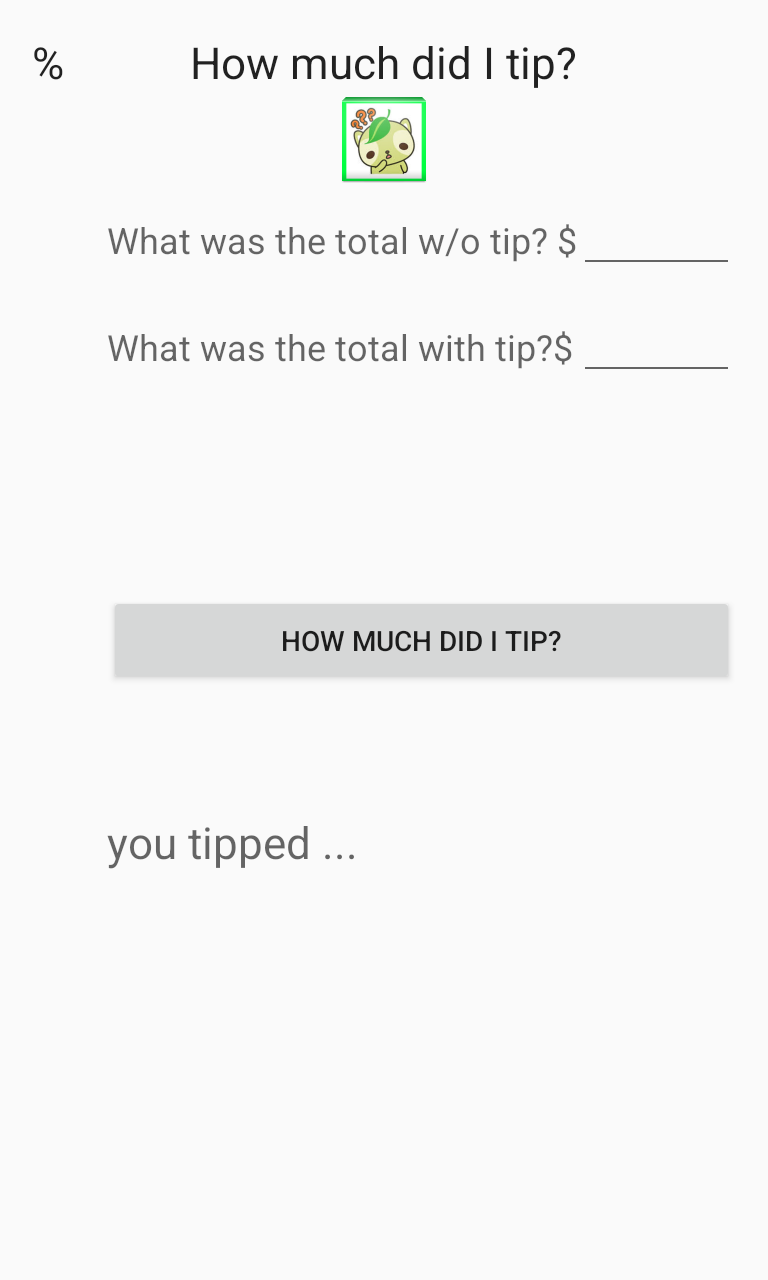
Repository: any027/BillHelper
Layout: BillHelper/res/layout/did_i_tip.xml
An editor plug-in stored every save of this project. The layout is shown before and after the next save, followed by the edit.
It is drawn on a 768 x 1280 px phone screen (xhdpi) without system bars, with theme AppTheme; the app's code is not run.

Above is the layout before, as saved 2015-06-29 18:51:21.

### BillHelper/res/layout/did_i_tip.xml
<RelativeLayout xmlns:android="http://schemas.android.com/apk/res/android"
    xmlns:tools="http://schemas.android.com/tools"
    android:layout_width="match_parent"
    android:layout_height="match_parent"
    android:paddingBottom="@dimen/activity_vertical_margin"
    android:paddingLeft="@dimen/activity_horizontal_margin"
    android:paddingRight="@dimen/activity_horizontal_margin"
    android:paddingTop="@dimen/activity_vertical_margin"
    tools:context="com.example.billhelper.MainActivity$PlaceholderFragment" >

    <TextView
        android:id="@+id/section_label"
        android:layout_width="wrap_content"
        android:layout_height="wrap_content" />

    <TextView
        android:id="@+id/didTitle"
        android:layout_width="wrap_content"
        android:layout_height="wrap_content"
        android:layout_centerHorizontal="true"
        android:text="@string/did_i_tip"
        android:textAppearance="?android:attr/textAppearanceLarge" />

    <EditText
        android:id="@+id/totalWithoutTipVal"
        android:layout_width="wrap_content"
        android:layout_height="wrap_content"
        android:layout_alignBaseline="@+id/howMuchTotal"
        android:layout_alignBottom="@+id/howMuchTotal"
        android:layout_toRightOf="@+id/didTitle"
        android:ems="10"
        android:inputType="numberDecimal" />

    <ImageView
        android:id="@+id/didHelper"
        android:layout_width="wrap_content"
        android:layout_height="wrap_content"
        android:layout_below="@+id/didTitle"
        android:layout_centerHorizontal="true"
        android:src="@drawable/did_helper" />

    <TextView
        android:id="@+id/howMuchTotal"
        android:layout_width="wrap_content"
        android:layout_height="wrap_content"
        android:layout_below="@+id/didHelper"
        android:layout_marginTop="14dp"
        android:layout_toLeftOf="@+id/totalWithoutTipVal"
        android:text="What was the total w/o tip? $"
        android:textAppearance="?android:attr/textAppearanceMedium" />

    <TextView
        android:id="@+id/howMuchTipQuestiong"
        android:layout_width="wrap_content"
        android:layout_height="wrap_content"
        android:layout_alignLeft="@+id/howMuchTotal"
        android:layout_below="@+id/howMuchTotal"
        android:layout_marginTop="29dp"
        android:text="What was the total with tip?$"
        android:textAppearance="?android:attr/textAppearanceMedium" />

    <EditText
        android:id="@+id/totalWithTip"
        android:layout_width="wrap_content"
        android:layout_height="wrap_content"
        android:layout_alignBaseline="@+id/howMuchTipQuestiong"
        android:layout_alignBottom="@+id/howMuchTipQuestiong"
        android:layout_alignLeft="@+id/totalWithoutTipVal"
        android:ems="10"
        android:inputType="numberDecimal" />

    <Button
        android:id="@+id/FigureOutPercent"
        android:layout_width="wrap_content"
        android:layout_height="wrap_content"
        android:layout_alignLeft="@+id/howMuchTipQuestiong"
        android:layout_alignRight="@+id/totalWithTip"
        android:layout_centerVertical="true"
        android:text="How much did I tip?"
        android:onClick="figureOutMyTip" />

    <TextView
        android:id="@+id/percentOfTip"
        android:layout_width="wrap_content"
        android:layout_height="wrap_content"
        android:layout_alignLeft="@+id/FigureOutPercent"
        android:layout_alignRight="@+id/howMuchTipQuestiong"
        android:layout_below="@+id/FigureOutPercent"
        android:layout_marginTop="62dp"
        android:hint="you tipped ..."
        android:textAppearance="?android:attr/textAppearanceLarge" />

    <TextView
        android:id="@+id/dollarSignDid"
        android:layout_width="wrap_content"
        android:layout_height="wrap_content"
        android:layout_alignBaseline="@+id/textView1"
        android:layout_alignBottom="@+id/textView1"
        android:layout_toRightOf="@+id/textView1"
        android:text="%"
        android:textAppearance="?android:attr/textAppearanceLarge" />

</RelativeLayout>

### BillHelper/res/values/strings.xml
<?xml version="1.0" encoding="utf-8"?>
<resources>

    <string name="app_name">Bill helper</string>
    <string name="title_section1">Home Screen</string>
    <string name="title_section2">How much do I tip?</string>
    <string name="title_section3">How much did I tip?</string>
    <string name="title_section4">I want to split the Bill</string>
    <string name="navigation_drawer_open">Open navigation drawer</string>
    <string name="navigation_drawer_close">Close navigation drawer</string>
    <string name="action_example">Example action</string>
    <string name="action_settings">Settings</string>
    <string name="welcome">Welcome to Bill Helper!</string>
    <string name="welcome_question">What do you need help with?</string>
    <string name="did_i_tip">How much did I tip?</string>
    <string name="do_i_tip">How much is tip?</string>
    <string name="splitting">I want to split the bill</string>
    <string name="bill_total">What was the total?</string>
    <string name="percent_tip">How much do you want to tip?</string>

</resources>

Loaded but not shown: BillHelper/res/values/styles.xml (common file); BillHelper/res/values-v11/styles.xml (common file); BillHelper/res/values-v14/styles.xml (common file); BillHelper/res/values/dimens.xml (common file); BillHelper/res/values-w820dp/dimens.xml (common file)

After the next save:
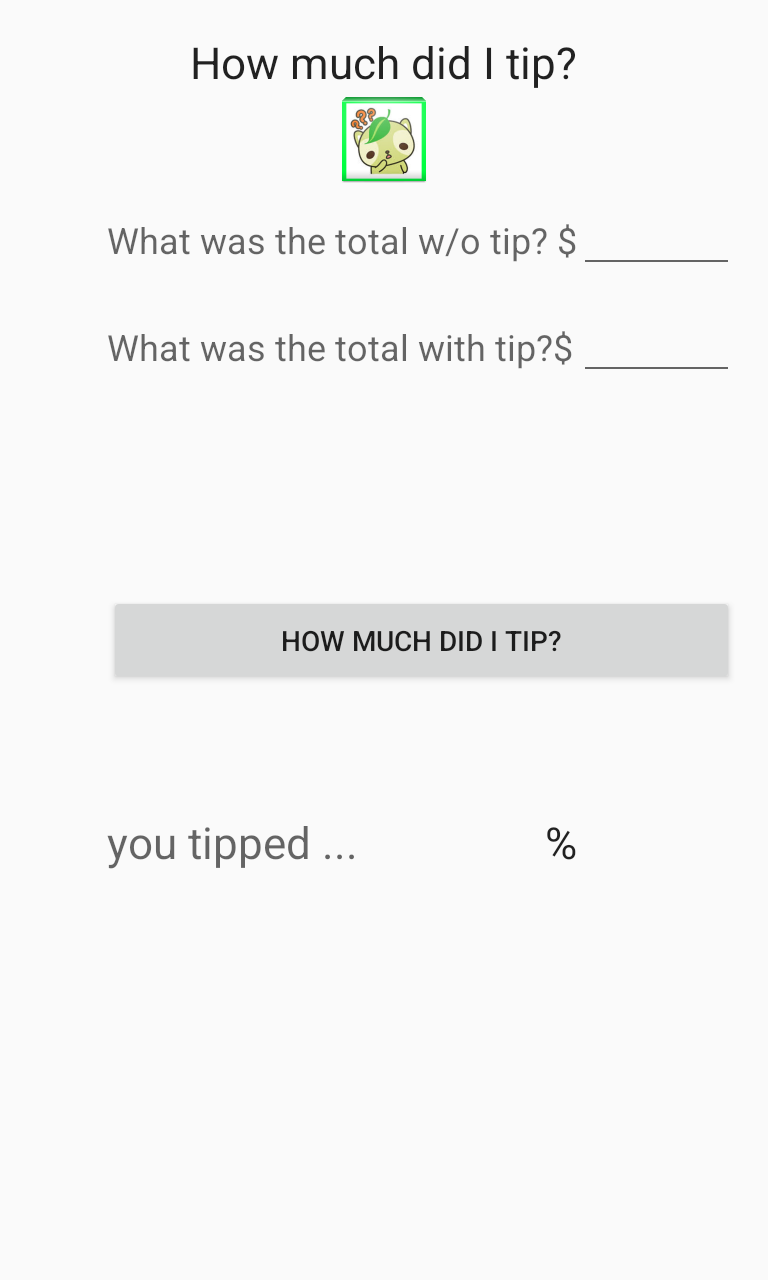
Saved 15 min 49 s later.
--- a/BillHelper/res/layout/did_i_tip.xml
+++ b/BillHelper/res/layout/did_i_tip.xml
@@ -91,12 +91,12 @@
         android:textAppearance="?android:attr/textAppearanceLarge" />
 
     <TextView
-        android:id="@+id/dollarSignDid"
+        android:id="@+id/percentSignDid"
         android:layout_width="wrap_content"
         android:layout_height="wrap_content"
-        android:layout_alignBaseline="@+id/textView1"
-        android:layout_alignBottom="@+id/textView1"
-        android:layout_toRightOf="@+id/textView1"
+        android:layout_alignBaseline="@+id/percentOfTip"
+        android:layout_alignBottom="@+id/percentOfTip"
+        android:layout_alignRight="@+id/howMuchTotal"
         android:text="%"
         android:textAppearance="?android:attr/textAppearanceLarge" />
 
